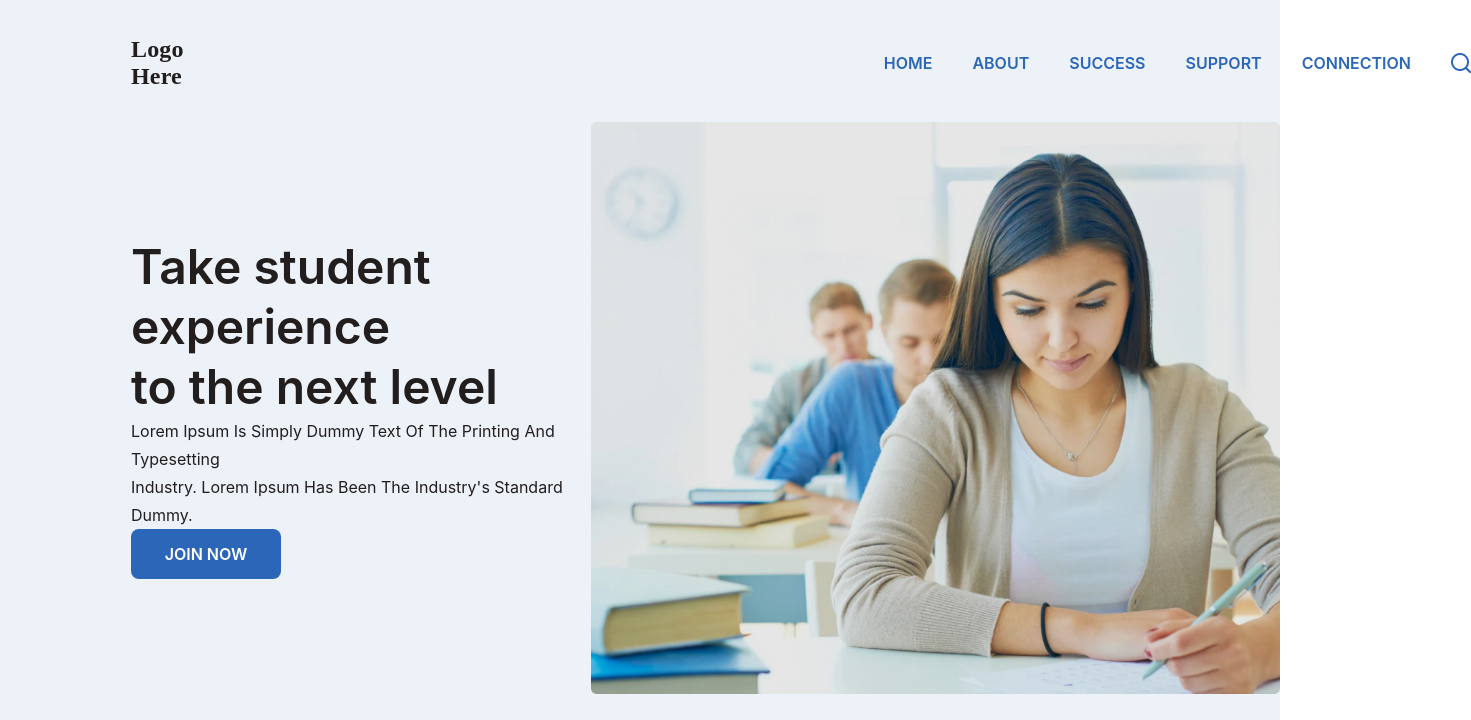
Repository: FaridRustamov09/Final-Task
Page: Pages/homePage/index.html
The author's editor kept a copy of each file at every save. The page is drawn from the files as they stood at one save, then again after the next save.
The browser window is 1280 px wide. The page is 1471 px wide, then 1280 px, so the pictures cover 1471 px, including what lies to the right of the window. The pictures show the whole page.
The style sheet was rebuilt from its Sass, Less or Tailwind sources for each picture, by a compiler version that may differ from the author's.

Above is the page before, as saved 2024-07-14 20:17:26.

### Pages/homePage/index.html
<!DOCTYPE html>
<html lang="en">
  <head>
    <meta charset="UTF-8" />
    <meta name="viewport" content="width=device-width, initial-scale=1.0" />
    <title>Document</title>
    <link rel="stylesheet" href="index.css" />
  </head>
  <body>
    <div class="container1">
      <nav>
        <b>Logo Here</b>
        <ul>
          <li><a href="../homePage/index.html">Home</a></li>
          <li><a href="../homePage/index.html">About</a></li>
          <li><a href="../homePage/index.html">Success</a></li>
          <li><a href="../homePage/index.html">Support</a></li>
          <li><a href="../homePage/index.html">Connection</a></li>
        </ul>

        <img src="../../images/Group 233.png" alt="" />
      </nav>
      <main>
        <ul>
          <li>
            <h2>
              Take student experience
              <br />
              to the next level
            </h2>
            <p>
              Lorem Ipsum is simply dummy text of the printing and typesetting
              <br />
              industry. Lorem Ipsum has been the industry's standard dummy.
            </p>
            <button><a href="">Join Now</a></button>
          </li>
        </ul>
        <img src="../../images/Rectangle 20.png" alt="" />
        <!-- <video width="" height="240" controls>
        <source src="http://www.w3schools.com/html/mov_bbb.mp4" type="video/mp4">
        <source src="movie.ogg" type="video/ogg">
        Your browser does not support the video tag.
      </video> -->
      </main>
    </div>
  </body>
</html>

### Pages/homePage/index.scss
* {
  margin: 0;
  padding: 0;
  box-sizing: border-box;
}
.container1 {
  padding: 36px 0 0 131px;
  background: #edf2f8;
  min-height: 100vh;
  nav {
    display: flex;
    align-items: center;
    b {
      color: var(--black, #221e1e);
      font-family: Poppins;
      font-size: 24px;
      font-style: normal;
      font-weight: 700;
      line-height: normal;
      letter-spacing: 0.183px;
      text-transform: capitalize;
      margin-right: 700px;
    }
    ul{
      display: flex;
      align-items: center;
      li{
        list-style-type: none;
        a {
          margin-right: 40px;
          color: var(--blue-link, #2c66b8);
          font-family: Inter;
          font-size: 16px;
          font-style: normal;
          font-weight: 600;
          line-height: normal;
          text-transform: uppercase;
          text-decoration: none;
        }
      }
    }

  }
  main {
    margin-top: 32px;
    display: flex;
    align-items: center;
    ul {
      li {
        list-style-type: none;
        h2 {
          color: var(--black, #221e1e);
          font-family: Inter;
          font-size: 48px;
          font-style: normal;
          font-weight: 600;
          line-height: 60px;
        }
        p {
          color: #221e1e;
          font-family: Inter;
          font-size: 16px;
          font-style: normal;
          font-weight: 400;
          line-height: 28px;
          text-transform: capitalize;
        }
        button {
          border: none;
          width: 150px;
          height: 50px;

          border-radius: 8px;
          background: #2c66b8;
          a {
            text-decoration: none;
            color: #fff;
            font-family: Inter;
            font-size: 16px;
            font-style: normal;
            font-weight: 600;
            line-height: normal;
            text-transform: uppercase;
          }
        }
      }
    }
    img {
      width: 60%;
    }
  }
}

After the next save:
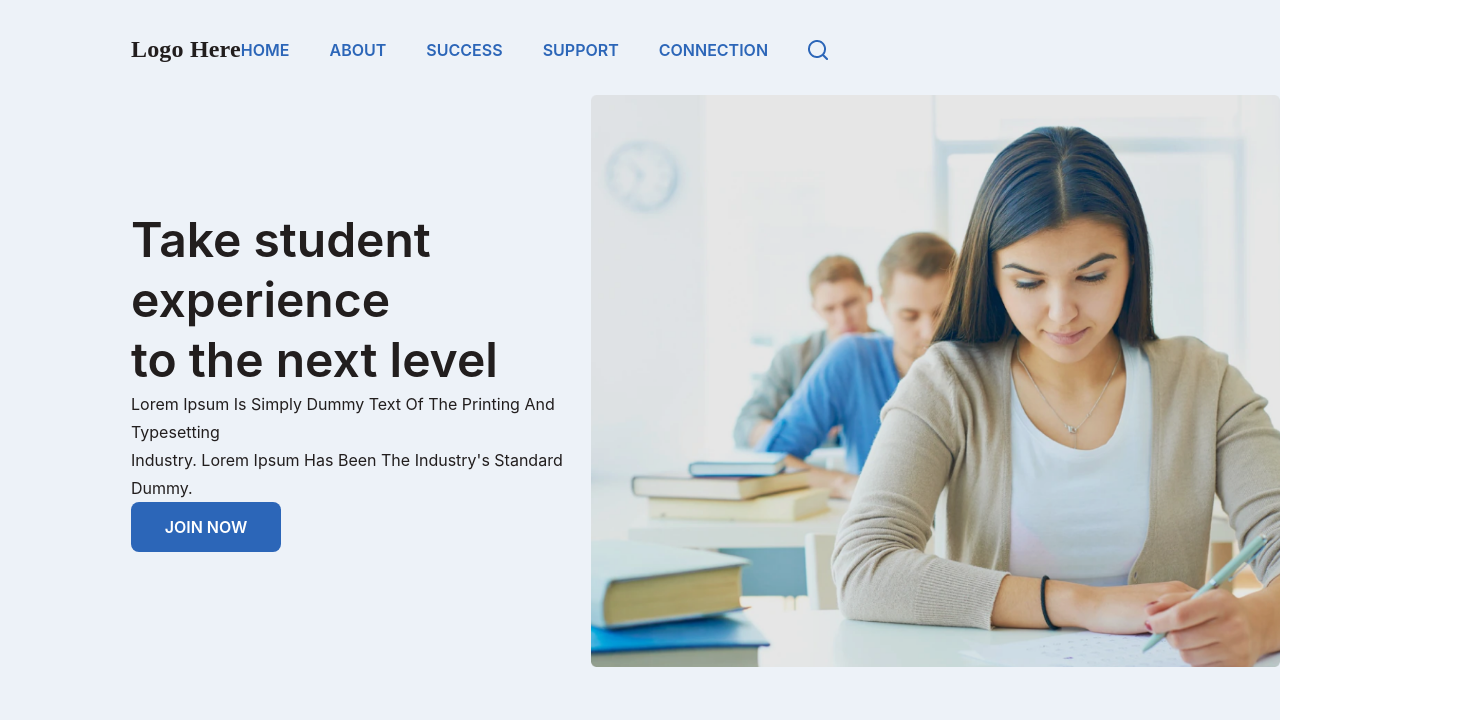
Saved 30 s later.
--- a/Pages/homePage/index.scss
+++ b/Pages/homePage/index.scss
@@ -19,7 +19,7 @@
       line-height: normal;
       letter-spacing: 0.183px;
       text-transform: capitalize;
-      margin-right: 700px;
+
     }
     ul{
       display: flex;
